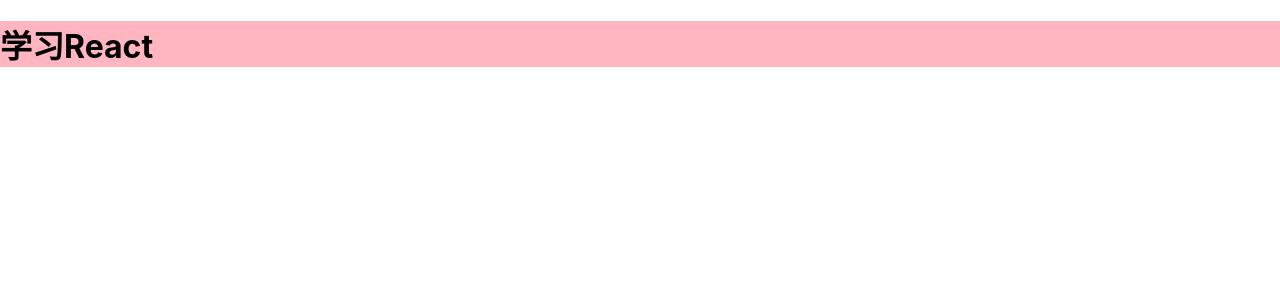
Repository: zhenzhen-gong/react-learning
Page: /user/set
These files come from the project's save history. The page is drawn as it stood at one moment and after the next save; the edit follows.
The browser window is 1280 px wide. The pictures show the whole page.
The project was rebuilt for these pictures with package versions that can differ from the ones it lists, and the page was loaded fresh each time.

Above is the page before, as saved 2021-04-16 12:17:56.

After the next save:
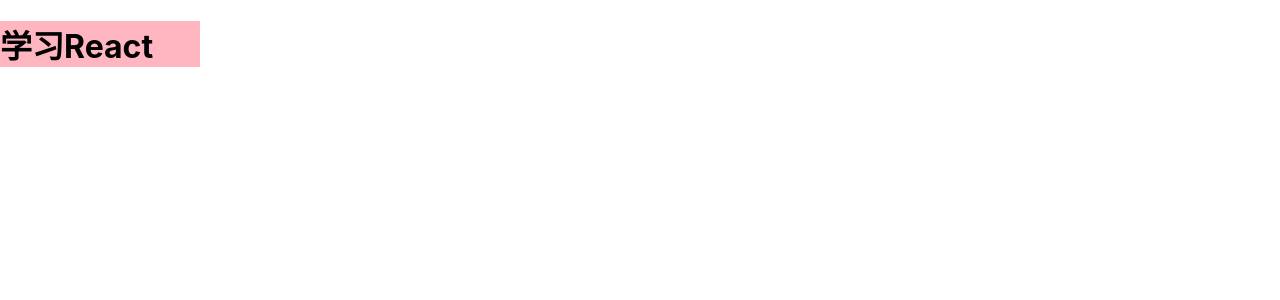
Saved 5 min 19 s later.
--- a/src/App.js
+++ b/src/App.js
@@ -1,5 +1,5 @@
 import React, {Component} from 'react'
-
+import './app.less'
 import './App.css';
 
 class App extends Component {
